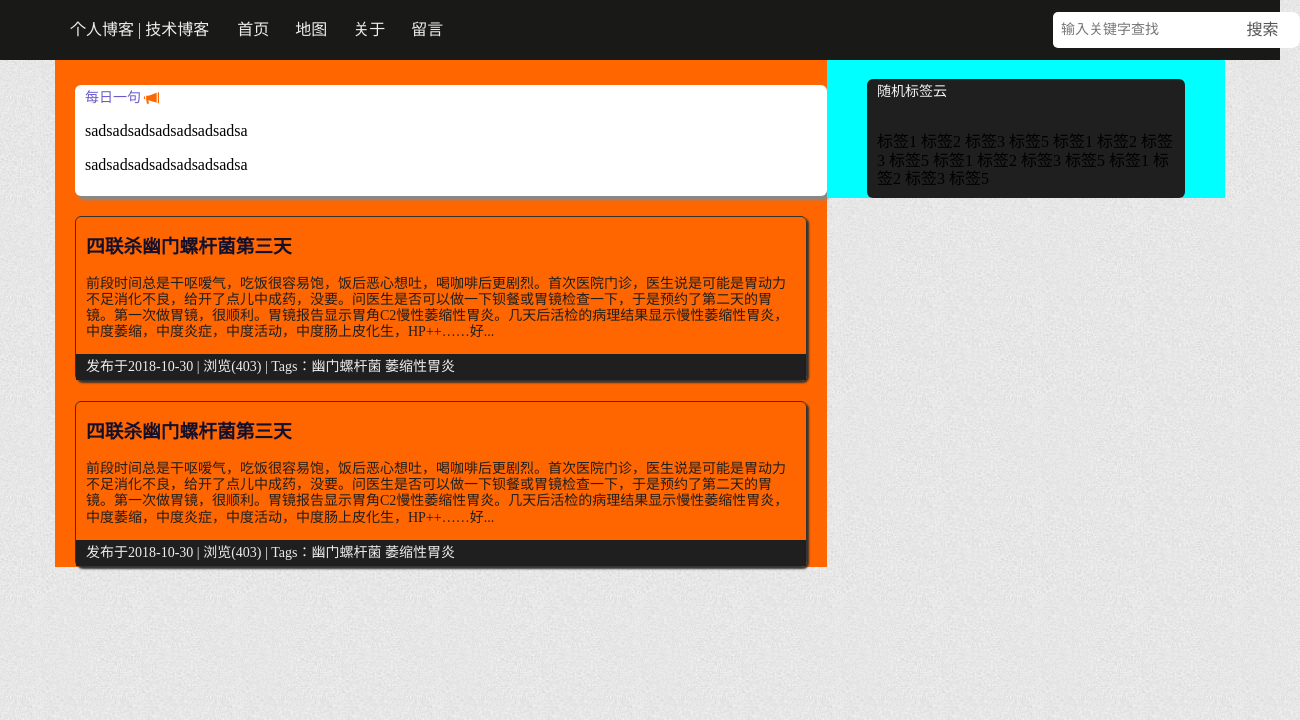
Repository: li1214/my_blog
Page: page/index.html
The author's editor kept a copy of each file at every save. The page is drawn from the files as they stood at one save, then again after the next save.
The browser window is 1280 px wide. The page is 1300 px wide, so the pictures cover 1300 px, including what lies to the right of the window. The pictures show the whole page.

Above is the page before, as saved 2019-01-04 10:38:05.

### page/index.html
<!DOCTYPE html>
<html lang="en">
<head>
    <meta charset="UTF-8">
    <meta name="viewport" content="width=device-width, initial-scale=1.0">
    <meta http-equiv="X-UA-Compatible" content="ie=edge">
    <title>个人博客</title>
    <link href='./css/base.css' rel='stylesheet' type='text/css'>
    <link href="./css/index.css" rel='stylesheet' type='text/css'>
</head>
<body>
    <header>
        <div class='container'>
            <a>个人博客 | 技术博客</a>
            <ul>
                <li><a href="">首页</a></li>
                <li><a href="">地图</a></li>
                <li><a href="">关于</a></li>
                <li><a href="">留言</a></li>
            </ul>
            <div class='search'>
                <input type="text" placeholder="输入关键字查找">
                <button>搜索</button>
            </div>
        </div>
    </header>
    <div class='content'>
        <div class='content-left'>
            <div class='every-day'>
                <span>每日一句</span>
                <p>sadsadsadsadsadsadsadsa</p>
                <p>sadsadsadsadsadsadsadsa</p>
            </div>
            <div class='blog-list'>
                <div class='blog'>
                    <a><h3>四联杀幽门螺杆菌第三天</h3></a>
                    <p>前段时间总是干呕嗳气，吃饭很容易饱，饭后恶心想吐，喝咖啡后更剧烈。首次医院门诊，医生说是可能是胃动力不足消化不良，给开了点儿中成药，没要。问医生是否可以做一下钡餐或胃镜检查一下，于是预约了第二天的胃镜。第一次做胃镜，很顺利。胃镜报告显示胃角C2慢性萎缩性胃炎。几天后活检的病理结果显示慢性萎缩性胃炎，中度萎缩，中度炎症，中度活动，中度肠上皮化生，HP++……好...</p>
                    <div class='blog-foot'>
                        发布于2018-10-30 | 浏览(403) | Tags：幽门螺杆菌 萎缩性胃炎
                    </div>
                </div>
                <div class='blog'>
                    <a>
                        <h3>四联杀幽门螺杆菌第三天</h3>
                    </a>
                    <p>前段时间总是干呕嗳气，吃饭很容易饱，饭后恶心想吐，喝咖啡后更剧烈。首次医院门诊，医生说是可能是胃动力不足消化不良，给开了点儿中成药，没要。问医生是否可以做一下钡餐或胃镜检查一下，于是预约了第二天的胃镜。第一次做胃镜，很顺利。胃镜报告显示胃角C2慢性萎缩性胃炎。几天后活检的病理结果显示慢性萎缩性胃炎，中度萎缩，中度炎症，中度活动，中度肠上皮化生，HP++……好...</p>
                    <div class='blog-foot'>
                        发布于2018-10-30 | 浏览(403) | Tags：幽门螺杆菌 萎缩性胃炎
                    </div>
                </div>
            </div>
        </div>
        <div class='content-right'>
            <div class='right-box'>
                <h4>随机标签云</h4>
                <div class='contents'>
                    <a>标签1</a>
                    <a>标签2</a>
                    <a>标签3</a>
                    <a>标签5</a>
                    <a>标签1</a>
                    <a>标签2</a>
                    <a>标签3</a>
                    <a>标签5</a>
                    <a>标签1</a>
                    <a>标签2</a>
                    <a>标签3</a>
                    <a>标签5</a>
                    <a>标签1</a>
                    <a>标签2</a>
                    <a>标签3</a>
                    <a>标签5</a>
                </div>
            </div>
            <div class='right-box'></div>
            <div class='right-box'></div>
            <div class='right-box'></div>
        </div>
    </div>
    <footer></footer>
</body>
</html>

### page/css/base.css
html {line-height: 1.15; /* 1 */-webkit-text-size-adjust: 100%; /* 2 */}
body {margin: 0;}
@font-face{
    font-family: 'myicon';
    src: url('../font/glyphicons-halflings-regular.woff2')
}
main {
  display: block;
}
h1 {
  font-size: 2em;
  margin: 0.67em 0;
}
hr {
  box-sizing: content-box; /* 1 */
  height: 0; /* 1 */
  overflow: visible; /* 2 */
}
pre {
  font-family: monospace, monospace; /* 1 */
  font-size: 1em; /* 2 */
}
a {
  background-color: transparent;
}
abbr[title] {
  border-bottom: none; /* 1 */
  text-decoration: underline; /* 2 */
  text-decoration: underline dotted; /* 2 */
}
b,
strong {
  font-weight: bolder;
}
code,
kbd,
samp {
  font-family: monospace, monospace; /* 1 */
  font-size: 1em; /* 2 */
}
small {
  font-size: 80%;
}
sub,
sup {
  font-size: 75%;
  line-height: 0;
  position: relative;
  vertical-align: baseline;
}
sub {
  bottom: -0.25em;
}
sup {
  top: -0.5em;
}
img {
  border-style: none;
}
button,
input,
optgroup,
select,
textarea {
  font-family: inherit; /* 1 */
  font-size: 100%; /* 1 */
  line-height: 1.15; /* 1 */
  margin: 0; /* 2 */
}
button,
input { /* 1 */
  overflow: visible;
}
button,
select { /* 1 */
  text-transform: none;
}
button,
[type="button"],
[type="reset"],
[type="submit"] {
  -webkit-appearance: button;
}
button::-moz-focus-inner,
[type="button"]::-moz-focus-inner,
[type="reset"]::-moz-focus-inner,
[type="submit"]::-moz-focus-inner {
  border-style: none;
  padding: 0;
}
button:-moz-focusring,
[type="button"]:-moz-focusring,
[type="reset"]:-moz-focusring,
[type="submit"]:-moz-focusring {
  outline: 1px dotted ButtonText;
}
fieldset {
  padding: 0.35em 0.75em 0.625em;
}
legend {
  box-sizing: border-box; /* 1 */
  color: inherit; /* 2 */
  display: table; /* 1 */
  max-width: 100%; /* 1 */
  padding: 0; /* 3 */
  white-space: normal; /* 1 */
}
progress {
  vertical-align: baseline;
}
textarea {
  overflow: auto;
}

[type="checkbox"],
[type="radio"] {
  box-sizing: border-box; /* 1 */
  padding: 0; /* 2 */
}
[type="number"]::-webkit-inner-spin-button,
[type="number"]::-webkit-outer-spin-button {
  height: auto;
}

[type="search"] {
  -webkit-appearance: textfield; /* 1 */
  outline-offset: -2px; /* 2 */
}

[type="search"]::-webkit-search-decoration {
  -webkit-appearance: none;
}
::-webkit-file-upload-button {
  -webkit-appearance: button; /* 1 */
  font: inherit; /* 2 */
}
details {
  display: block;
}
summary {
  display: list-item;
}
template {
  display: none;
}
[hidden] {
  display: none;
}
a{text-decoration: none;}
/* ========================================================== css reset ========================================================== */

body {
    width: 100%;
    height: 100%;
    background-image: url(../image/bg.jpg);
    background-repeat: repeat;
    overflow-x: hidden;
}

header{
    width: 100%;
    height: 60px;
    background-color: #191918;
}
header .container {
    width:1170px;
    height: 100%;
    margin: 0 auto;
}
header .container>a{
    display: block;
    float: left;
    color: #eee;
    line-height: 60px;
    margin: 0 15px;
    font-size: 16px;
}
header .container>ul{
    float: left;
    margin: 0;
    padding: 0;
}
header .container>ul>li{
    display: inline-block;
    float: left;
}
header .container>ul>li a{
    color: #eee;
    display: inline-block;
    height: 60px;
    width: 58px;
    line-height: 60px;
    text-align: center;
}
header .container .search{
    float: right;
    height: 100%;
    position: relative;
}
header .container .search>input{
    display: inline-block;
    position: absolute;
    height: 26px;
    padding: 5px 8px;
    border-radius: 5px;
    border:none;
    outline: none;
    font-size: 14px;
    margin-top: 12px;
    left: -172px;
}
header .container .search > button{
    outline: none;
    display: inline-block;
    position: absolute;
    width: 75px;
    height: 36px;
    padding: 5px 10px;
    border-radius: 8px;
    margin-top: 12px;
    cursor: pointer;
    color: #555;
    background-color: white;
    border: none;
}
/* ============================================================== header end ===================================================================== */
.content {
    width: 1170px;
    margin: 0 auto;
    position: relative;
}
.content .content-left{
    float: left;
    width: 66%;
    box-sizing: border-box;
    padding: 0 20px;
    background: #f60;
}
.content .content-right{
    float: right;
    width: 34%;
    box-sizing: border-box;
    background-color: aqua;
}
.right-box{
    background-color: #1f1f1f;
    margin-top: 20px;
    width: 80%;
    margin: 0 auto;
    box-sizing: border-box;
    border-radius: 6px;
}
.right-box h4 {
    color: #f4f4f4;
    font-weight: normal;
    padding: 5px 10px;
    font-size: 14px;
}
.right-box .contents{
    padding: 10px;
}

### page/css/index.css

.every-day{
    background-color: white;
    text-align: left;
    width: 100%;
    border-radius: 6px;
    padding: 5px 10px;
    box-shadow: 3px 4px 3px #888;
    margin-top: 25px;
}
.every-day span::before{
    font-family: myicon;
    content:'\e122';
    font-size: 14px;
    color: #f60;
    position: absolute;
    display: block;
    left: 90px;
}
.every-day > span{
    font-size: 14px;
    display: block;
    margin-bottom: 5px;
    color: slateblue;
}
.every-day > p{
    /* zuanwu */
}

.blog-list{
    width: 100%;
    position: relative;
}
.blog-list .blog{
    width: 100%;
    border:1px solid #333;
    border-radius: 6px;
    box-sizing: border-box;
    margin-top: 20px;
    box-shadow: 2px 2px 2px #333;
}
.blog-list .blog h3 {
    padding: 0 10px;
    color: #13102b;
    transition: color 0.5s;
}
.blog-list .blog h3:hover{color: #337ab7;cursor: pointer;}
.blog-list .blog p{padding: 0 10px;font-size: 14px;color: #1f1f1f;}
.blog-list .blog .blog-foot{
    background-color: #1f1f1f;
    padding: 5px 10px;
    color: #eee;
    font-size: 14px;
}

After the next save:
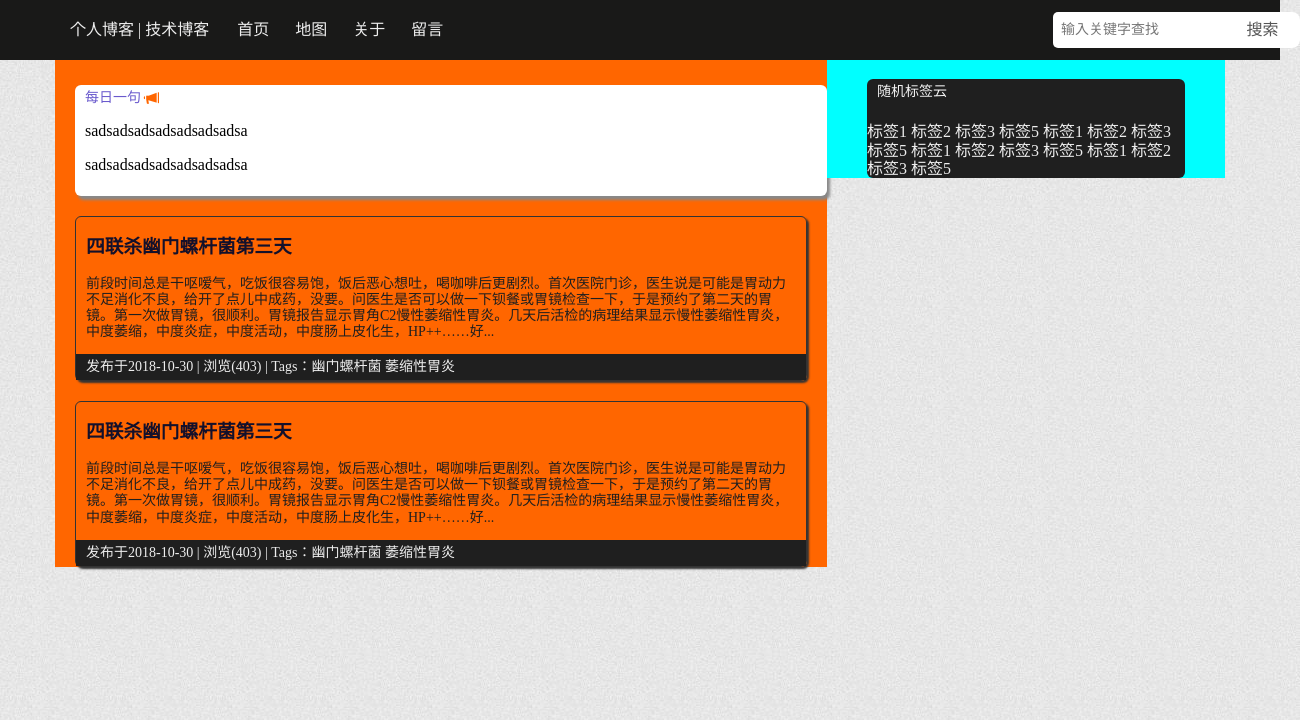
Saved 19 s later.
--- a/page/css/base.css
+++ b/page/css/base.css
@@ -257,5 +257,5 @@ header .container .search > button{
     font-size: 14px;
 }
 .right-box .contents{
-    padding: 10px;
-}
+    color: #eee;
+}
